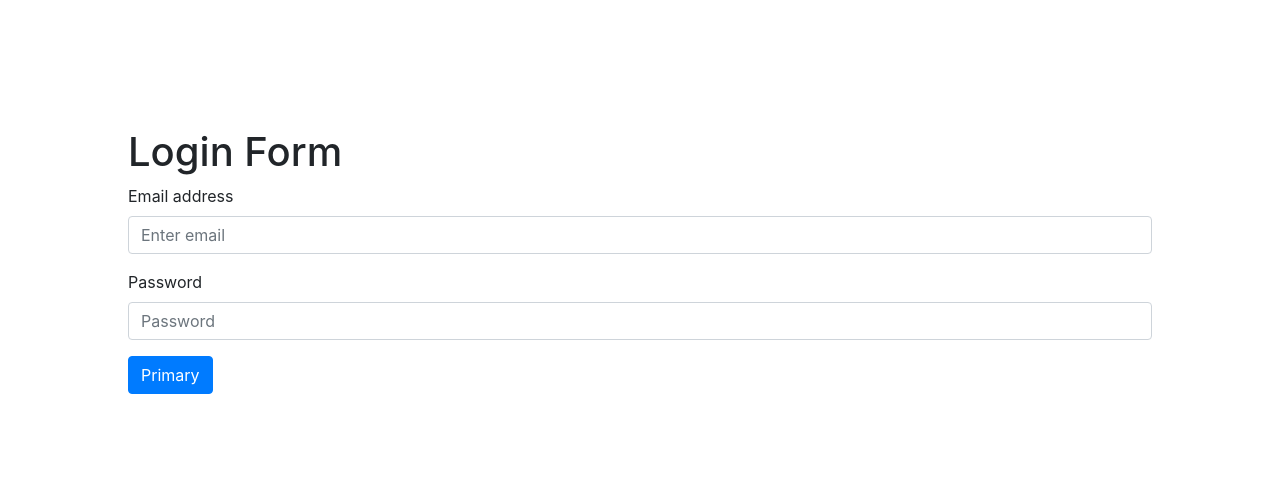
Repository: lalji-yadav/Register-Login-and-CRUD-using-token-and-Without-token-based
Page: /login
The author's editor kept a copy of each file at every save. The page is drawn from the files as they stood at one save, then again after the next save.
The browser window is 1280 px wide. The pictures show the whole page.
The project was rebuilt for these pictures with package versions that can differ from the ones it lists, and the page was loaded fresh each time. Also part of the build but not shown: src/App.css, src/auth/register.js, src/components/reg.js, src/components/table.js.

Above is the page before, as saved 2021-02-03 11:30:25.

After the next save:
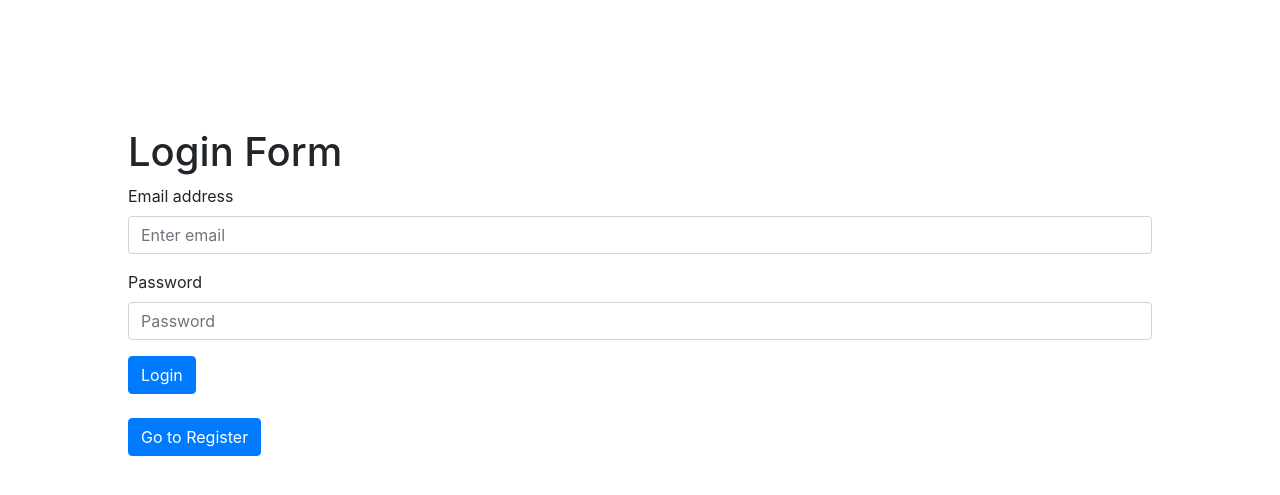
Saved 90 s later.
--- a/src/auth/login.js
+++ b/src/auth/login.js
@@ -53,7 +53,8 @@ const Login = () => {
                 </Form.Group> */}
                 </Form>
 
-            <Button type="button" onClick={onLogin} className="btn btn-primary">Primary</Button>
+            <Button type="button" onClick={onLogin} className="btn btn-primary">Login</Button> <br /> <br />
+            <Button type="button" onClick={onLogin} className="btn btn-primary">Go to Register</Button>
         </div>
     );
 };
